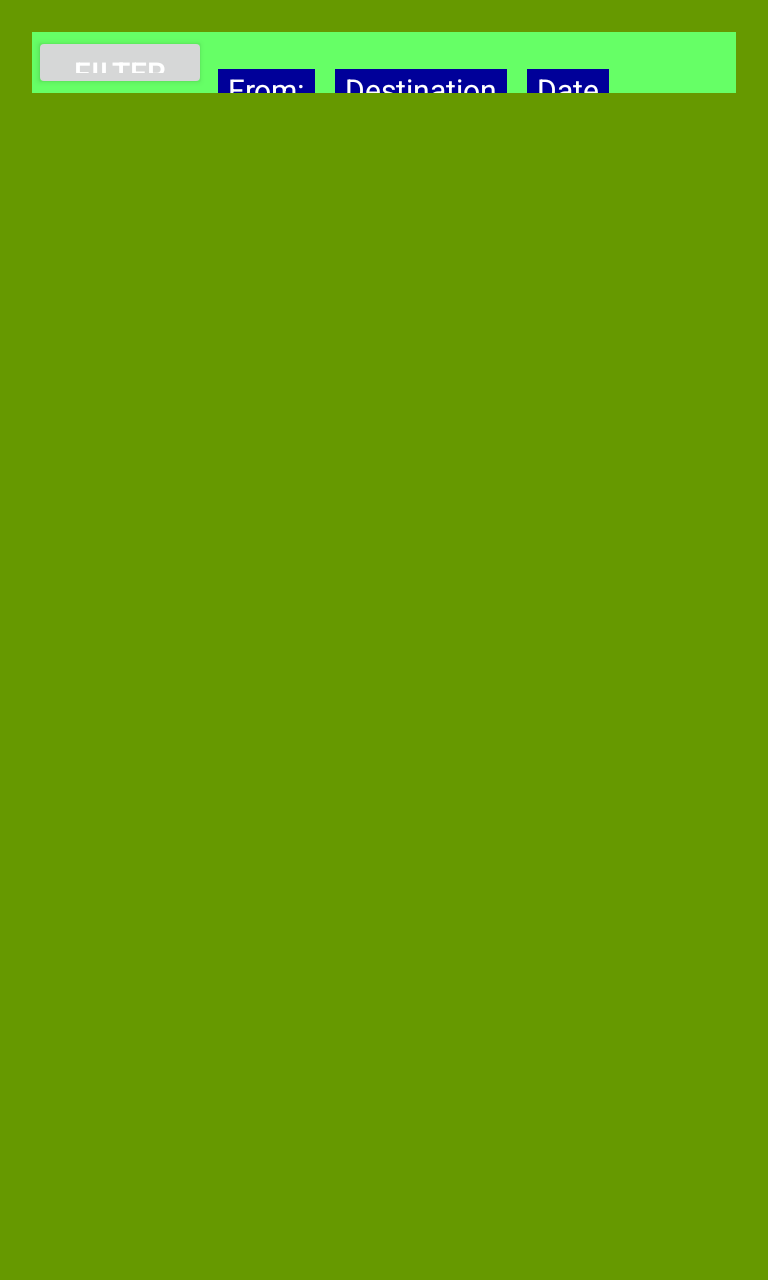
Repository: bwoldemi/LilyTrans
Layout: TransLily/res/layout/activity_ask_ride.xml
The author's editor kept a copy of each file at every save. The layout is drawn from the files as they stood at one save, then again after the next save.
It is drawn on a 768 x 1280 px phone screen (xhdpi) without system bars, with theme AppTheme; the app's code is not run. Lists and similar views that code fills are empty.

Above is the layout before, as saved 2014-11-08 18:04:06.

### TransLily/res/layout/activity_ask_ride.xml
<LinearLayout xmlns:android="http://schemas.android.com/apk/res/android"
    xmlns:tools="http://schemas.android.com/tools"
    android:layout_width="match_parent"
    android:layout_height="match_parent"
    android:background="#669900"
    android:orientation="vertical"
    android:paddingBottom="@dimen/activity_vertical_margin"
    android:paddingLeft="@dimen/activity_horizontal_margin"
    android:paddingRight="@dimen/activity_horizontal_margin"
    android:paddingTop="@dimen/activity_vertical_margin"
    tools:context="com.example.translily.MainActivity" >

    <LinearLayout
        android:layout_width="fill_parent"
        android:layout_height="wrap_content"
        android:background="@color/backgroundSearchFiled"
        android:orientation="horizontal" >

        <Button
            android:layout_width="wrap_content"
            android:layout_height="fill_parent"
            android:text="@string/sort_rides"
            android:textColor="#FFF"
            android:textSize="15sp"
            android:onClick="sortSearchRide"/>



        <TextView
            android:id="@+id/ask_ride_from"
            android:layout_width="wrap_content"
            android:layout_height="wrap_content"
            android:layout_margin="5sp"
            android:background="@color/backgroundFrom"
            android:paddingLeft="5sp"
            android:paddingRight="5sp"
            android:text="@string/from"
            android:textColor="#FFF"
            android:textSize="15sp" />

        <TextView
            android:id="@+id/ask_ride_to"
            android:layout_width="wrap_content"
            android:layout_height="wrap_content"
            android:layout_margin="5sp"
            android:background="@color/backgroundFrom"
            android:paddingLeft="5sp"
            android:paddingRight="5sp"
            android:text="@string/destination"
            android:textColor="#FFF"
            android:textSize="15sp" />

        <TextView
            android:id="@+id/ask_ride_date"
            android:layout_width="wrap_content"
            android:layout_height="wrap_content"
            android:layout_margin="5sp"
            android:background="@color/backgroundFrom"
            android:paddingLeft="5sp"
            android:paddingRight="5sp"
            android:text="@string/date"
            android:textColor="#FFF"
            android:textSize="15sp" />
    </LinearLayout>

    <ListView
        android:id="@+id/ask_ride_lv"
        android:layout_width="fill_parent"
        android:layout_height="wrap_content" >
    </ListView>

</LinearLayout>

### TransLily/res/values/strings.xml
<?xml version="1.0" encoding="utf-8"?>
<resources>

    <string name="app_name">TransLily</string>
    <string name="hello_world">Hello world!</string>
    <string name="action_settings">Settings</string>
    <string name="lily">LILY Transportation </string>
    <string name="from">From: </string>
    <string name="starting_location">Enter starting point</string>
    <string name="destination_point">To: </string>
    <string name="ending_location">Enter your destination</string>
    <string name="senior_name"> Name: </string>
    <string name="typein_name"> Enter your full name here</string>
    <string name="contact_info"> Phone Number: </string>
    <string name="phone_number"> e.g 0458749818 </string>
    <string name="button_askride"> Search rides</string>
    <string name="button_offerride"> Offer ride</string>
    <string name="pick_time"> Pick time </string>
    <string name="pick_date"> Pick date </string>
    <string name="title_activity_ask_ride">Ask Ride Page</string>
    <string name="title_activity_booked_ride">BookedRideActivity</string>
    <string name="show_my_booked_rides">Show my booked rides</string>
    <string name="title_activity_post_ride">Post Ride Page</string>
    <string name="search_ride">Search ride </string>
    <string name="post_ride">Post ride </string>
    <string name="My_request_rides">My request rides </string>
    <string name="My_Post_rides">My posts </string>
    <string name="welcome_message">Welcome To Lily Transport </string>
    <string name="service_provider">Service provider </string>
    <string name="taxi_id">Taxi id/ Name</string>
    <string name="starting_point">Starting point</string>
    <string name="destination"> Destination </string>
    <string name="date"> Date </string>
    <string name="number_of_person">Number of Person</string>
    <string name="comment">Comment </string>
    <string name="title_activity_my_post_rides">My Post Rides Page</string>
    <string name="title_activity_reserved_post_rides">ReservedPostRides</string>
    <string name="cancel">Cancel</string>
    <string name="approve">Approve</string>
    <string name="save">Save</string>
    <string name="please_enter_name_phone"> Please eneter your name and phonenumber</string>
    <string name="full_name">Full Name</string>
    <string name="com.lily.pre">com.lily.pre</string>
    <string name="save_changes">Save Changes</string>
    <string name="change_your_data">Change your data</string>
    <string name="sort_rides">Filter</string>

    <color name="text_color">#FFF</color>
    <color name="background">#669900</color>
    <color name="backgroundFrom">#000099</color>
	<color name="backgroundSearchFiled">#66FF66</color>
    <string name="title_activity_basic_info">BasicInfoActivity</string>
    <string name="title_activity_setting">Setting</string>

</resources>

Loaded but not shown: TransLily/res/values/styles.xml (common file); TransLily/res/values-v11/styles.xml (common file); TransLily/res/values-v14/styles.xml (common file); TransLily/res/values/dimens.xml (common file); TransLily/res/values-w820dp/dimens.xml (common file)

After the next save:
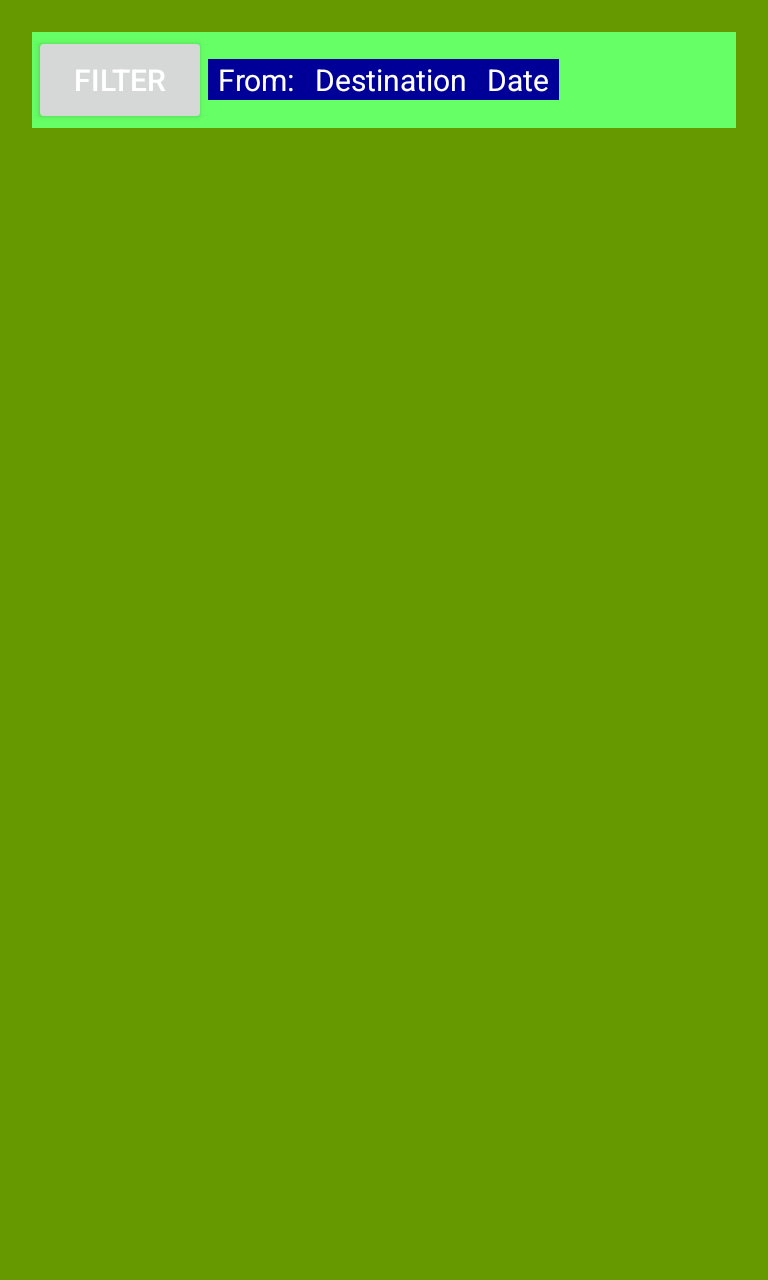
Saved 60 s later.
--- a/TransLily/res/layout/activity_ask_ride.xml
+++ b/TransLily/res/layout/activity_ask_ride.xml
@@ -18,7 +18,7 @@
 
         <Button
             android:layout_width="wrap_content"
-            android:layout_height="fill_parent"
+            android:layout_height="wrap_content"
             android:text="@string/sort_rides"
             android:textColor="#FFF"
             android:textSize="15sp"
@@ -30,7 +30,7 @@
             android:id="@+id/ask_ride_from"
             android:layout_width="wrap_content"
             android:layout_height="wrap_content"
-            android:layout_margin="5sp"
+
             android:background="@color/backgroundFrom"
             android:paddingLeft="5sp"
             android:paddingRight="5sp"
@@ -42,7 +42,7 @@
             android:id="@+id/ask_ride_to"
             android:layout_width="wrap_content"
             android:layout_height="wrap_content"
-            android:layout_margin="5sp"
+
             android:background="@color/backgroundFrom"
             android:paddingLeft="5sp"
             android:paddingRight="5sp"
@@ -54,8 +54,7 @@
             android:id="@+id/ask_ride_date"
             android:layout_width="wrap_content"
             android:layout_height="wrap_content"
-            android:layout_margin="5sp"
-            android:background="@color/backgroundFrom"
+             android:background="@color/backgroundFrom"
             android:paddingLeft="5sp"
             android:paddingRight="5sp"
             android:text="@string/date"
